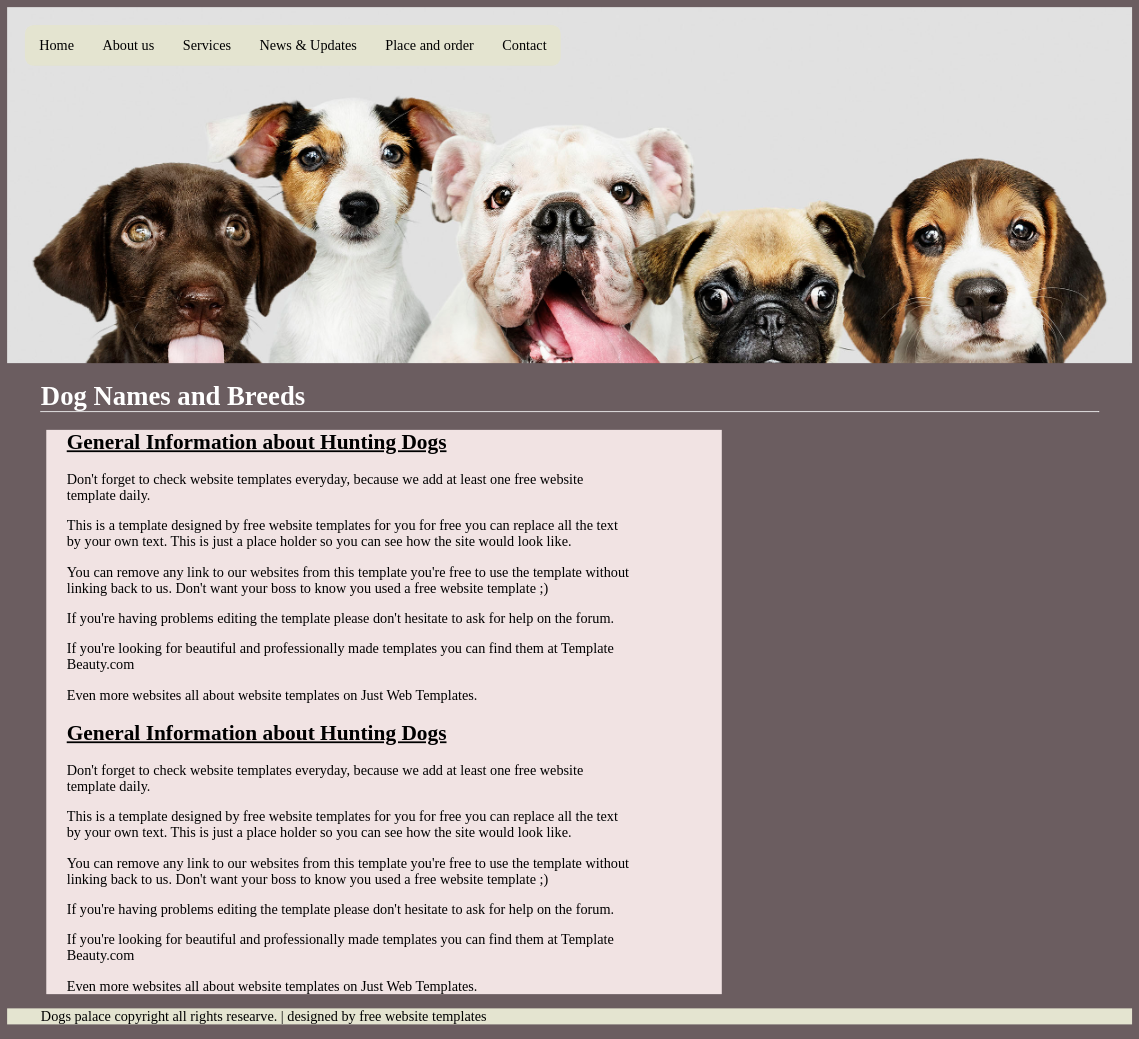
Repository: Tayma-Kazmouz/labwork
Page: index.html
An editor plug-in stored every save of this project. The page is shown before and after the next save, followed by the edit.
The browser window is 1280 px wide. The pictures show the whole page, at 89% of full size.

Above is the page before, as saved 2022-04-04 17:03:10.

### index.html
<!DOCTYPE html>
<html lang="en">
<head>
    <meta charset="UTF-8">
    <meta http-equiv="X-UA-Compatible" content="IE=edge">
    <meta name="viewport" content="width=device-width, initial-scale=1.0">
    <title>LabWork1</title>
    <link rel="stylesheet" href="styles.css">
</head>
<body>
    <div class="banner">
          <div class="nav">
            <ul>
                <li><a class="active" href="#">Home</a></li>
                <li><a href="#">About us</a></li>
                <li><a href="#">Services</a></li>
                <li><a href="#">News & Updates</a></li>
                <li><a href="#">Place and order</a></li>
                <li><a href="#">Contact</a></li>
            </ul>
        </div>
      </div>
      <h1>Dog Names and Breeds</h1>
      <hr style="margin-top: 0px; width: 94%; border-top: 0.5px;">
      <div class="container-one">

          <h2>General Information about Hunting Dogs</h2>
          <p>Don't forget to check website templates everyday, because we add at least one free website template daily.</p>
          <p>This is a template designed by free website templates for you for free you can replace all the text by your own text. This is just a place holder so you can see how the site would look like.</p>
          <p>You can remove any link to our websites from this template you're free to use the template without linking back to us. Don't want your boss to know you used a free website template ;)</p>
          <p>If you're having problems editing the template please don't hesitate to ask for help on the forum.</p>
          <p>If you're looking for beautiful and professionally made templates you can find them at Template Beauty.com</p>
          <p>Even more websites all about website templates on Just Web Templates.</p>

          <h2>General Information about Hunting Dogs</h2>
          <p>Don't forget to check website templates everyday, because we add at least one free website template daily.</p>
          <p>This is a template designed by free website templates for you for free you can replace all the text by your own text. This is just a place holder so you can see how the site would look like.</p>
          <p>You can remove any link to our websites from this template you're free to use the template without linking back to us. Don't want your boss to know you used a free website template ;)</p>
          <p>If you're having problems editing the template please don't hesitate to ask for help on the forum.</p>
          <p>If you're looking for beautiful and professionally made templates you can find them at Template Beauty.com</p>
          <p>Even more websites all about website templates on Just Web Templates.</p>
      </div>

      <div class="footer">
            <p class="reserved">Dogs palace copyright all rights researve. | designed by free website templates </p>
      </div>
</body>
</html>

### styles.css
body{
    background-color: rgb(107, 93, 96);
}

.banner{
    background-image: url(images/banner.jpg);
    height: 400px;
    position: relative;
    background-position: center;
    background-repeat: no-repeat;
    background-size: cover;
}

.nav{
    background-color: rgb(228, 228, 208);
    border-radius: 10px;
    width: auto;
    position: absolute;
    margin: 20px;
}
ul {
    list-style-type: none;
    margin: 0;
    padding: 0;
    overflow: hidden;
  }

  li {
    float: left;
  }

  li a {
    display: block;
    color: black;
    text-align: center;
    padding: 14px 16px;
    text-decoration: none;
  }

h1{
    color: white;
    font-weight: 600px;
    font-size: 30px;
    margin-bottom: 0;
    margin-left: 3%;
}

.container-one{
    background-color: rgb(241, 227, 227);
    position: relative;
    left: 3.5%;
    width: 60%;
    height: 95%;
}

h2{
    text-decoration: underline;
    padding-left: 3%;
    padding-right: 13%;
}

p{
    padding-left: 3%;
    padding-right: 13%;
}

.footer{
    background-color: rgb(228, 228, 208);
    width: 100%;
    position: relative;

}

After the next save:
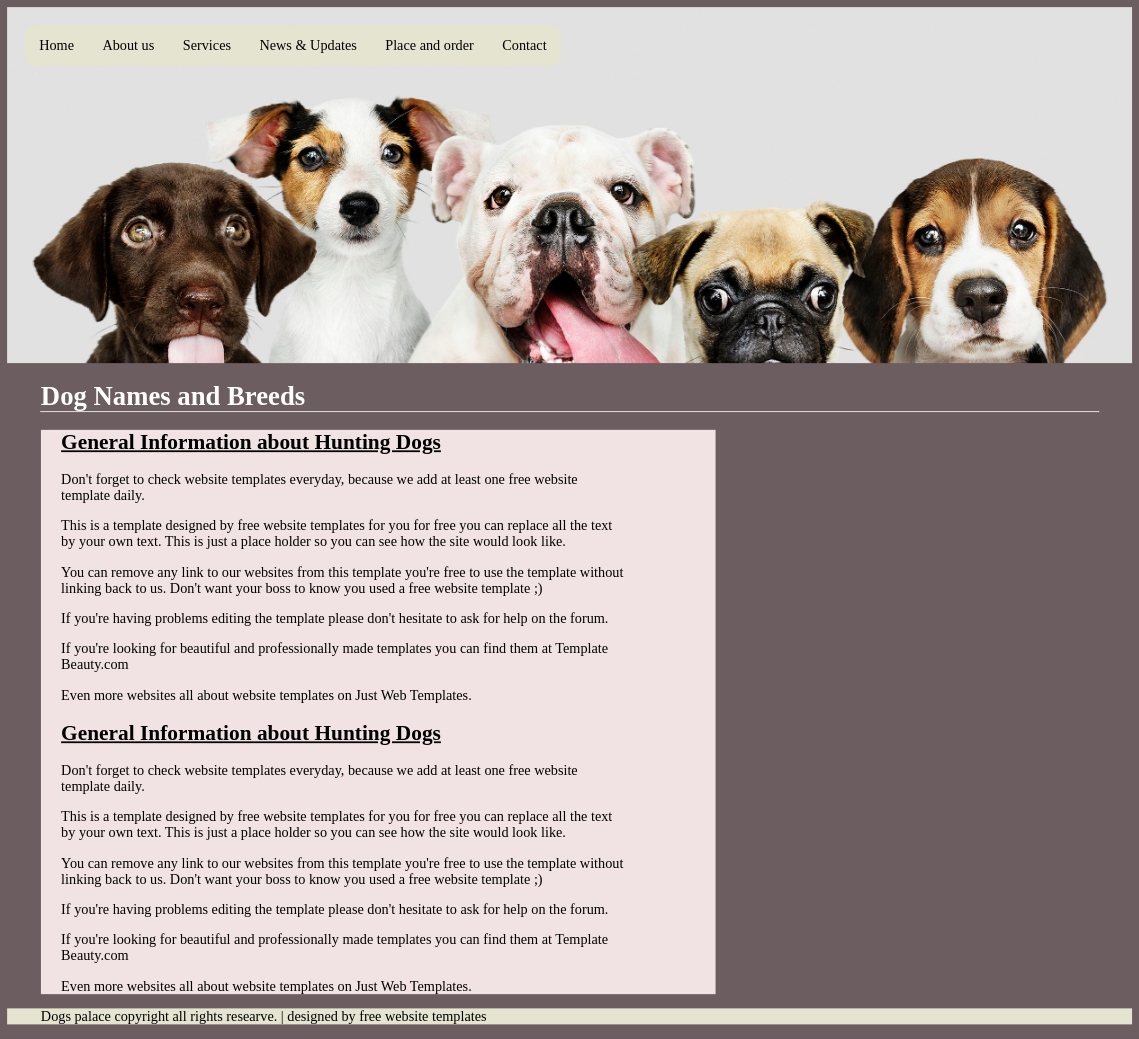
Saved 16 s later.
--- a/styles.css
+++ b/styles.css
@@ -48,7 +48,7 @@ h1{
 .container-one{
     background-color: rgb(241, 227, 227);
     position: relative;
-    left: 3.5%;
+    left: 3%;
     width: 60%;
     height: 95%;
 }
